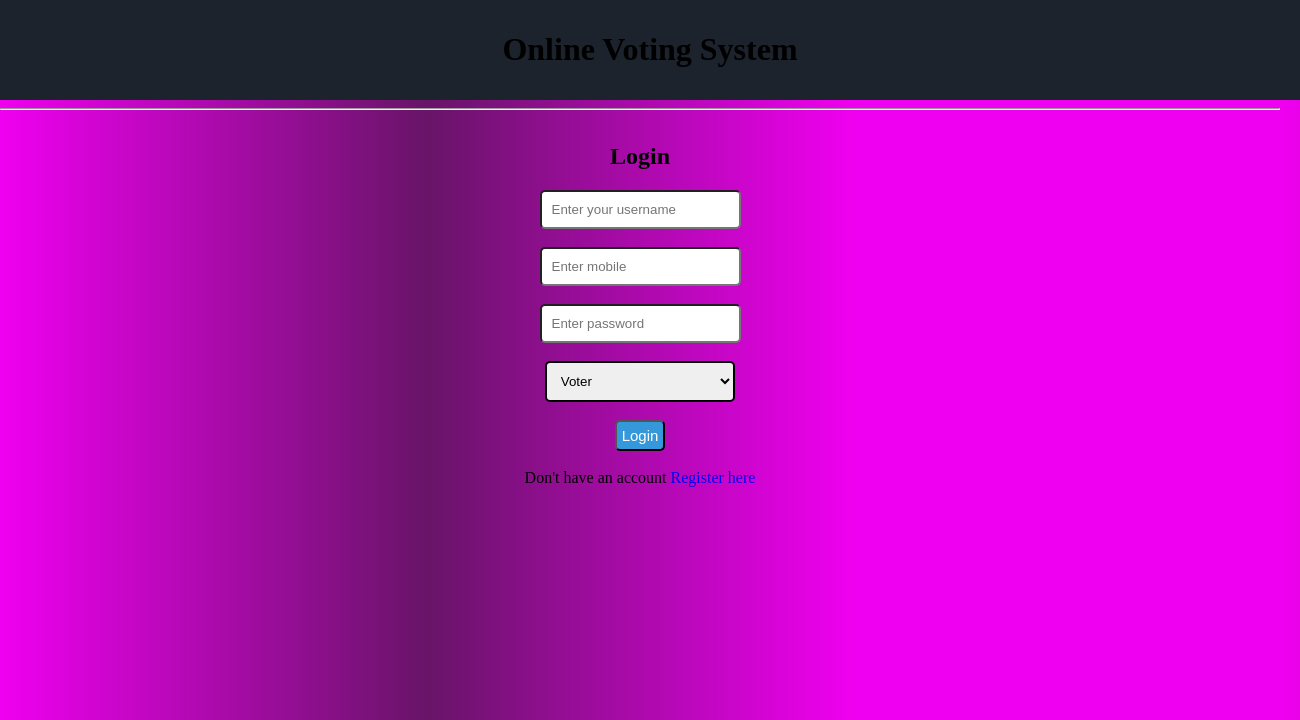
Repository: LeLoUcH-V-BrItAnIa/voting
Page: http://localhost/
An editor plug-in stored every save of this project. The page is shown before and after the next save, followed by the edit.
The browser window is 1280 px wide. The page is 1300 px wide, so the pictures cover 1300 px, including what lies to the right of the window. The pictures show the whole page.
The page is run by PHP 8.4 with error messages shown; the project is at /var/www/html/.

Above is the page before, as saved 2023-08-31 11:55:20.

After the next save:
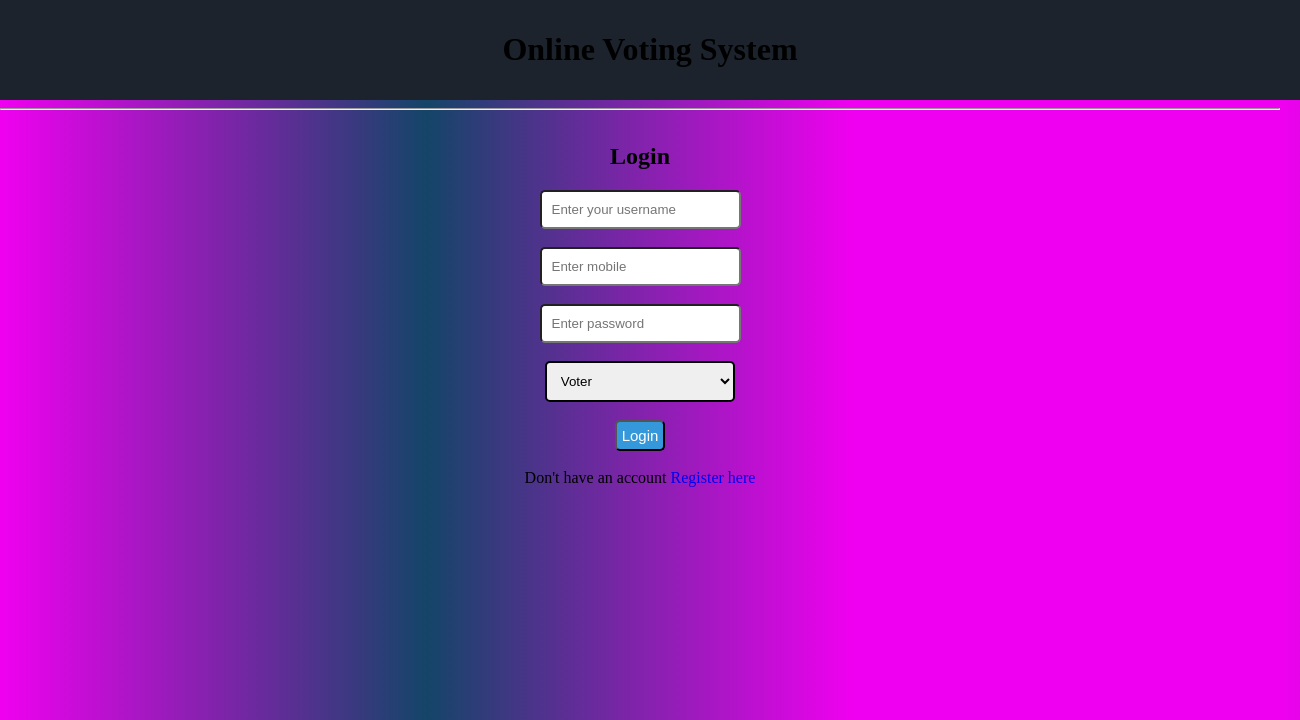
Saved 4 s later.
--- a/online-voting-system/css/stylesheet.css
+++ b/online-voting-system/css/stylesheet.css
@@ -32,7 +32,7 @@ select {
 }
 
 body {
-  background:linear-gradient(to right,#f000f0,#681468,#f000f0,#f000f0);
+  background:linear-gradient(to right,#f000f0,#144568,#f000f0,#f000f0);
 }
 
 #loginbtn {
